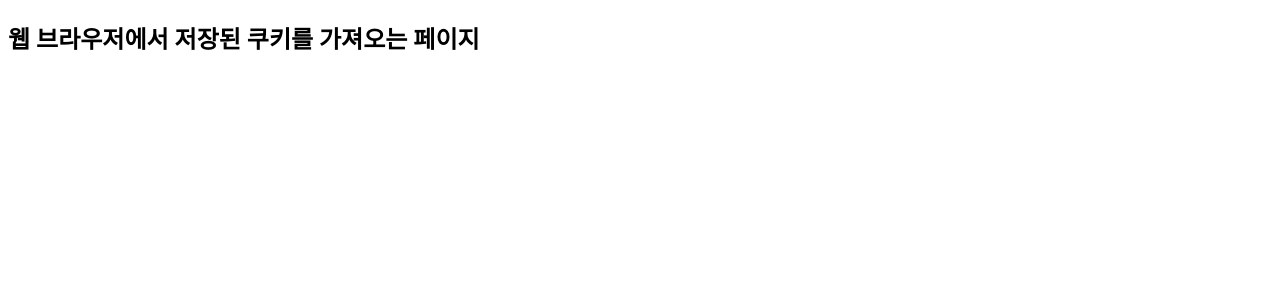
Repository: gugucon-hwan/ForStudyJSP
Page: http://localhost/StudyBasicJSP/ch12/useCookie.jsp
These files come from the project's save history. The page is drawn as it stood at one moment and after the next save; the edit follows.
The browser window is 1280 px wide. The pictures show the whole page.
The page is served by Tomcat 9. Other server files are loaded and not shown.

Above is the page before, as saved 2020-08-21 21:11:52.

### StudyBasicJSP/WebContent/ch12/useCookie.jsp
<%@ page language="java" contentType="text/html; charset=UTF-8"
    pageEncoding="UTF-8"%>
<!DOCTYPE html>
<html>
<head>
<meta charset="UTF-8">
<title>웹 브라우저에서 저장된 쿠리를 가져오기</title>
</head>
<body>
	<h2>웹 브라우저에서 저장된 쿠키를 가져오는 페이지</h2>
	<%
		Cookie[] cookies=request.getCookies();
		if(cookies!=null){
			for(int i=0;i<cookies.length;i++){
				if(cookies[i].getName().equals("id")){
	%>


	<%
				}
			}
		}
	%>
</body>
</html>

### StudyBasicJSP/WebContent/error/500code.jsp
<%@ page language="java" contentType="text/html; charset=UTF-8"
    pageEncoding="UTF-8"%>
  	<% response.setStatus(HttpServletResponse.SC_OK); %>
<!DOCTYPE html>
<html>
<head>
<meta charset="UTF-8">
<title>500에러 페이지</title>
</head>
<body>
	서비스 사용에 불편을 끼쳐드려서 대단히 죄송합니다.
	빠른 시간내에 문제를 처리하였습니다.
</body>
</html>

After the next save:
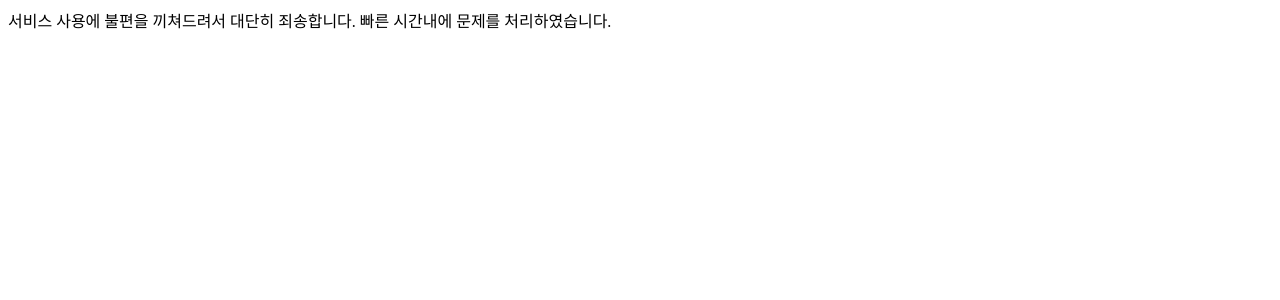
Saved 58 s later.
--- a/StudyBasicJSP/WebContent/ch12/useCookie.jsp
+++ b/StudyBasicJSP/WebContent/ch12/useCookie.jsp
@@ -14,8 +14,8 @@
 			for(int i=0;i<cookies.length;i++){
 				if(cookies[i].getName().equals("id")){
 	%>
-
-
+		쿠키의 이름은 "<%==cookies[i].getName() %>"이고
+ 		쿠키의 값은 "<%==cookies[i].getValue() %>입니다."
 	<%
 				}
 			}

After the save that followed:
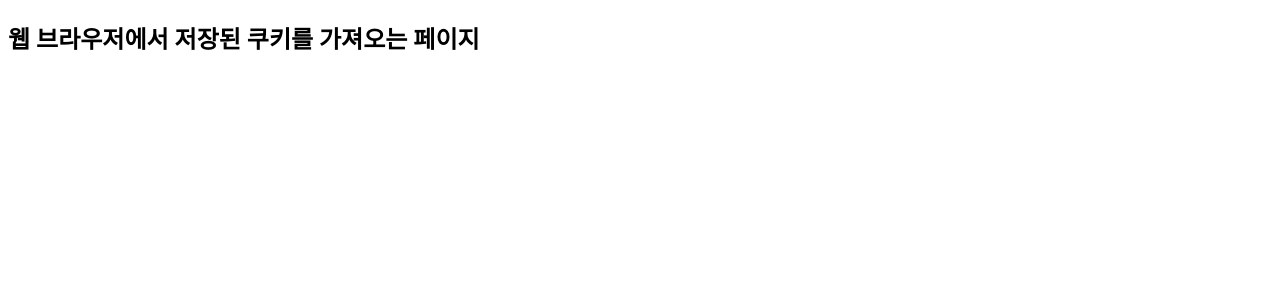
Saved 7 s later.
--- a/StudyBasicJSP/WebContent/ch12/useCookie.jsp
+++ b/StudyBasicJSP/WebContent/ch12/useCookie.jsp
@@ -14,8 +14,8 @@
 			for(int i=0;i<cookies.length;i++){
 				if(cookies[i].getName().equals("id")){
 	%>
-		쿠키의 이름은 "<%==cookies[i].getName() %>"이고
- 		쿠키의 값은 "<%==cookies[i].getValue() %>입니다."
+		쿠키의 이름은 "<%=cookies[i].getName() %>"이고
+ 		쿠키의 값은 "<%=cookies[i].getValue() %>입니다."
 	<%
 				}
 			}
